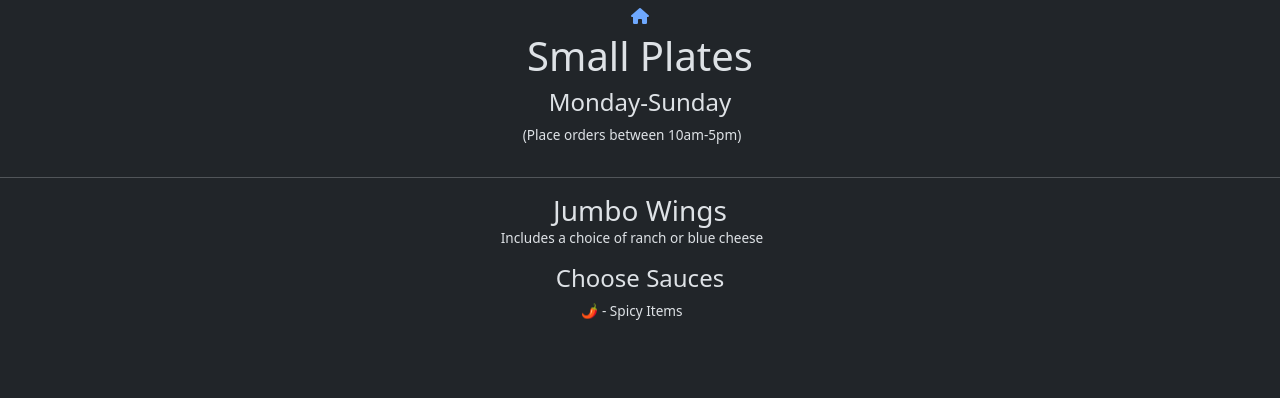
Repository: dukedward/smokehousemenu
Page: plates/index.html
The author's editor kept a copy of each file at every save. The page is drawn from the files as they stood at one save, then again after the next save.
The browser window is 1280 px wide. The pictures show the whole page.
Some web libraries are served in a nearby version.

Above is the page before, as saved 2023-03-06 12:48:56.

After the next save:
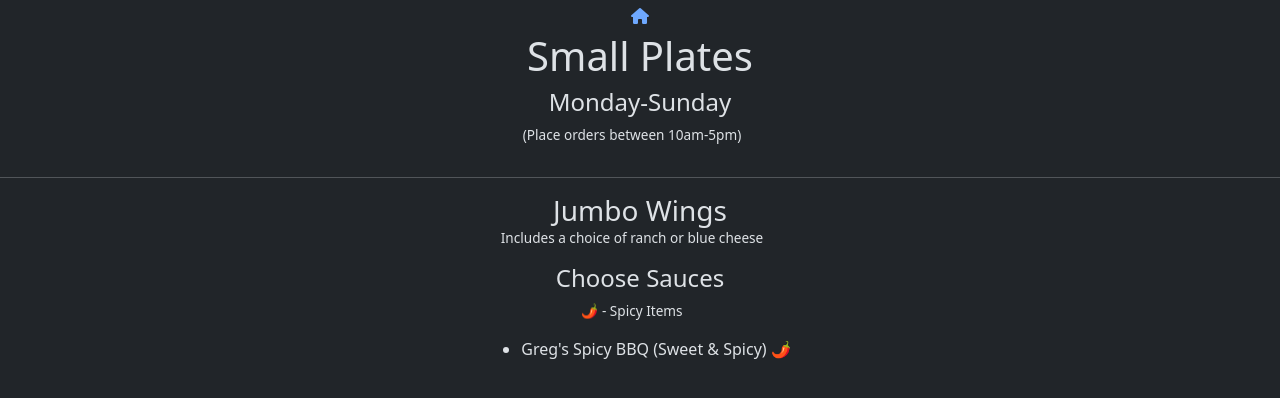
Saved 8 s later.
--- a/script.js
+++ b/script.js
@@ -79,7 +79,7 @@ function addSection() {
 
                         // Sub Section List
                         const newSubSectList = document.createElement('ul');
-                        for (p=0; p > products.length; p++) {
+                        for (p=0; p < products.length; p++) {
                             const newSubSectListItem = document.createElement('li');
                             newSubSectListItem.innerHTML = products[p].name
                             console.log(products[p]);
